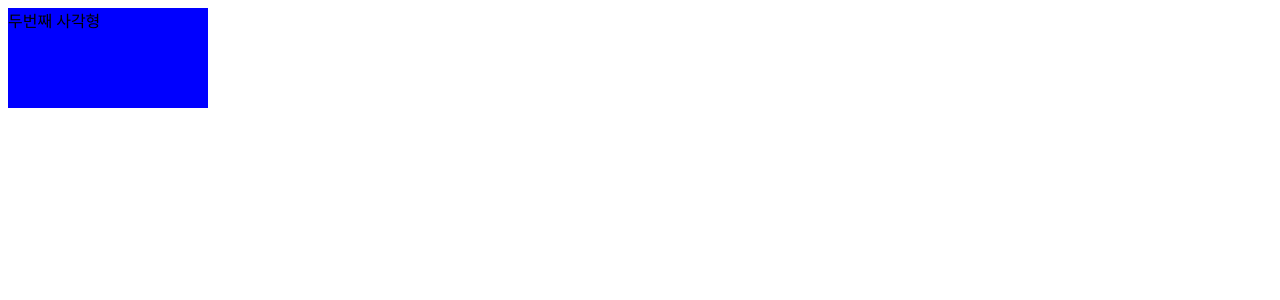
Repository: dhfkdlxm/Lecture-Web
Page: Lecture-Web/WebContent/css/exam02.html
An editor plug-in stored every save of this project. The page is shown before and after the next save, followed by the edit.
The browser window is 1280 px wide. The pictures show the whole page.

Above is the page before, as saved 2021-06-10 05:33:26.

After the next save:
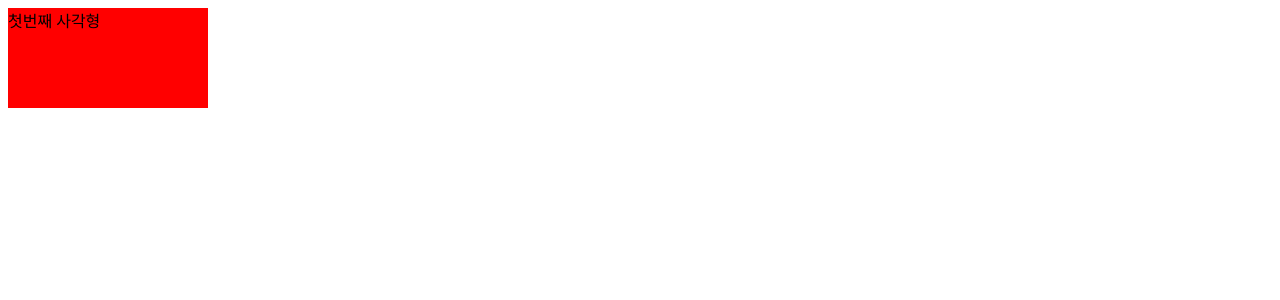
Saved 90 s later.
--- a/Lecture-Web/WebContent/css/exam02.html
+++ b/Lecture-Web/WebContent/css/exam02.html
@@ -12,6 +12,7 @@
 
 #div01 {
 	background-color: red;
+	z-index:9999;
 }
 
 #div02 {

After the save that followed:
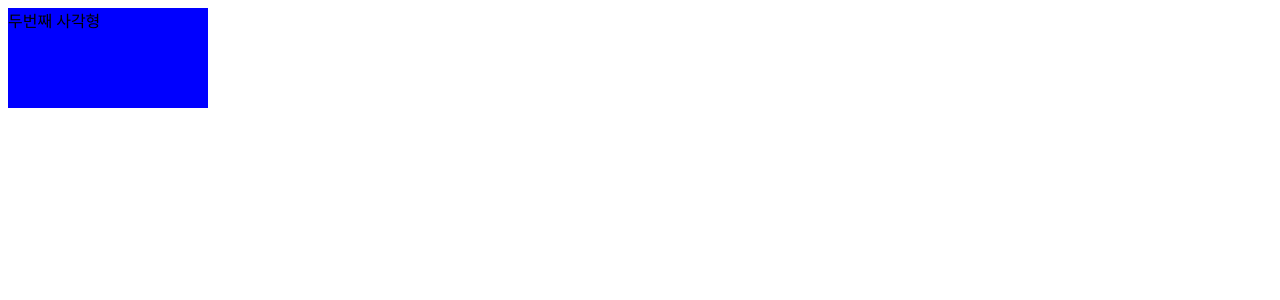
Saved 30 s later.
--- a/Lecture-Web/WebContent/css/exam02.html
+++ b/Lecture-Web/WebContent/css/exam02.html
@@ -12,7 +12,6 @@
 
 #div01 {
 	background-color: red;
-	z-index:9999;
 }
 
 #div02 {
